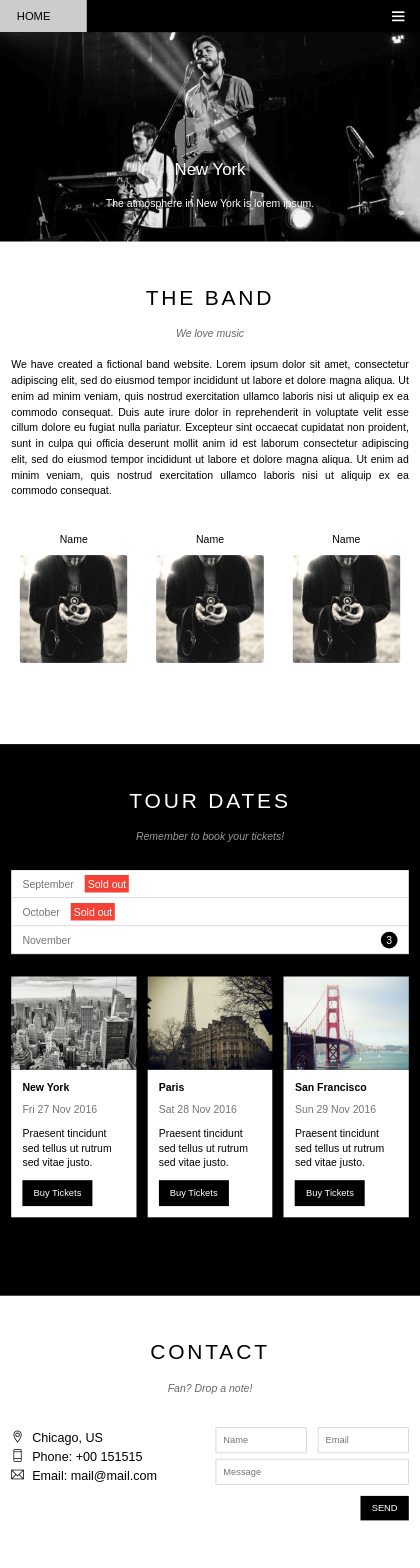
Repository: maivannhan1998/git-w3band
Page: index.html
These files come from the project's save history. The page is drawn as it stood at one moment and after the next save; the edit follows.
The browser window is 600 px wide. The pictures show the part of the page from y = 0 to 2240 px (the page is 2800 px tall), at 70% of full size.

Above is the page before, as saved 2021-09-10 21:20:28.

### index.html

<!DOCTYPE html>
<html lang="en">
<head>
    <meta charset="UTF-8">
    <meta http-equiv="X-UA-Compatible" content="IE=edge">
    <meta name="viewport" content="width=device-width, initial-scale=1.0">
    <title>Document</title>
    <link rel="stylesheet" href="./asset/css/style.css">
    <link rel="stylesheet" href="./asset/css/responsive.css">
    <link rel="stylesheet" href="./asset/fontss/themify-icons/themify-icons.css">
</head>
<body>
    <div id="main">
        <div id="header">
            <!-- Begin: nav -->
            <ul id="nav">
                <li><a href="#">Home</a></li>
                <li><a href="#tour">Tour</a></li>
                <li><a href="#band">Band</a></li>
                <li><a href="#contact">Contact</a></li>
                <li><a href="#">
                    More
                    <i class="nav-arrow-down ti-angle-down"></i>
                </a>
                    <ul class="subnav">
                        <li><a href="#">Merchandise</a></li>
                        <li><a href="#">Extras</a></li>
                        <li><a href="#">Media</a></li>
                    </ul>
                </li>
            </ul>
            <!-- End: nav -->

            <!-- Begin: Search button -->
            <div class="search-btn">
                <i class="search-icon ti-search"></i>
            </div>

            <div id="mobile-menu" class="mobile-menu-btn">
                <i class="menu-icon ti-menu"></i>
            </div>
            <!-- End: Search button -->


        </div>

        <div id="slider">
            <div class="text-content">
                <h2 class="text-heading">New York</h2>
                <div class="text-des">The atmosphere in New York is lorem ipsum.</div>
            </div>
        </div>

        <div id="content">
            <!-- About section -->
            <div id="band" class="content-section">
                <h2 class="heading-section">THE BAND</h2>
                <p class="heading-sub-section">We love music</p>
                <p class="about-text">We have created a fictional band website. Lorem ipsum dolor sit amet, consectetur adipiscing elit, sed do eiusmod tempor incididunt ut labore et dolore magna aliqua. Ut enim ad minim veniam, quis nostrud exercitation ullamco laboris nisi ut aliquip ex ea commodo consequat. Duis aute irure dolor in reprehenderit in voluptate velit esse cillum dolore eu fugiat nulla pariatur. Excepteur sint occaecat cupidatat non proident, sunt in culpa qui officia deserunt mollit anim id est laborum consectetur adipiscing elit, sed do eiusmod tempor incididunt ut labore et dolore magna aliqua. Ut enim ad minim veniam, quis nostrud exercitation ullamco laboris nisi ut aliquip ex ea commodo consequat.</p>
                <div class="row members-list">
                    <div class="col col-third text-center">
                         <p class="member-name">Name</p>
                         <img src="./asset/img/band/member1.jpg" alt="Name" class="member-img">
                    </div>
                    <div class="col col-third text-center">
                        <p class="member-name">Name</p>
                        <img src="./asset/img/band/member1.jpg" alt="Name" class="member-img">
                   </div>
                   <div class="col col-third text-center">
                        <p class="member-name">Name</p>
                        <img src="./asset/img/band/member1.jpg" alt="Name" class="member-img">
                    </div>


                </div>
            </div>

            <!--Tour section  -->
            <div id="tour" class="tour-section">

                <div class="content-section">
                    <h2 class="heading-section text-white">TOUR DATES</h2>
                    <p class="heading-sub-section text-white">Remember to book your tickets!</p>
                    <ul class="tickets-list">
                        <li>September<span class="sold-out">Sold out</span></li>
                        <li>October<span class="sold-out">Sold out</span></li>
                        <li>November<span class="quanity">3</span></li>
                    </ul>

                    <!-- Place section -->
                    <div class="row places-list">
                        <div class="col col-third ">
                            <img src="./asset/img/places/newyork.jpg" alt="New York" class="place-img">
                            <div class="place-content">
                                <h3 class="place-heading">New York</h3>
                                <p class="place-time">Fri 27 Nov 2016</p>
                                <p class="place-des">Praesent tincidunt sed tellus ut rutrum sed vitae justo.</p>
                                <button class="place-buy-btn js-buy-ticket">Buy Tickets</button>
                            </div>
                        </div>

                        <div class=" col col-third ">
                            <img src="./asset/img/places/paris.jpg" alt="Paris" class="place-img">
                            <div class="place-content">
                                <h3 class="place-heading">Paris</h3>
                                <p class="place-time">Sat 28 Nov 2016</p>
                                <p class="place-des">Praesent tincidunt sed tellus ut rutrum sed vitae justo.</p>
                                <button class="place-buy-btn js-buy-ticket">Buy Tickets</button>
                            </div>
                        </div>

                        <div class=" col col-third ">
                            <img src="./asset/img/places/sanfran.jpg" alt="San Francisco" class="place-img">
                            <div class="place-content">
                                <h3 class="place-heading">San Francisco</h3>
                                <p class="place-time">Sun 29 Nov 2016</p>
                                <p class="place-des">Praesent tincidunt sed tellus ut rutrum sed vitae justo.</p>
                                <button class="place-buy-btn js-buy-ticket">Buy Tickets</button>
                            </div>
                        </div>


                    </div>
                </div>


            </div>

            <!-- Contact section -->

            <div id="contact" class="content-section">
                <h2 class="heading-section">CONTACT</h2>
                <p class="heading-sub-section">Fan? Drop a note!</p>


                <div class="row contact-content">
                    <div class="col col-half contact-info">
                           <p><i class="ti-location-pin"></i>Chicago, US</p>
                           <p><i class="ti-mobile"></i>Phone: +00 151515</p>
                           <p><i class="ti-email"></i>Email: mail@mail.com</p>
                    </div>
                    <div class="col col-half contact-form">
                        <form action="">
                            <div class="row">
                                   <div class="col col-half">
                                       <input type="text" name="" placeholder="Name" required  id="contact-name" class="form-control">
                                   </div>
                                   <div class="col col-half">
                                       <input type="email" name="" placeholder="Email" required id="contact-email" class="form-control">
                                   </div>
                                   <!-- <div class="clear"></div> -->
                            </div>
                            <div class="row mt-8">
                               <div class="col col-full">
                                   <input type="text" name="" placeholder="Message" id="contact-message" required class="form-control">
                               </div>
                            </div>
                            <input class="form-submit-btn mt-16" type="submit" value="SEND">

                        </form>
                    </div>
                </div>
            </div>

            <!-- End contact section -->

            <div class="map-section">
                <img src="./asset/img/map.jpg" alt="Map">
            </div>



        </div>

        <div id="footer">
            <div class="social-list">
                <a href=""><i class="ti-facebook"></i></a>
                <a href=""><i class="ti-instagram"></i></a>
                <a href=""><i class="ti-github"></i></a>
                <a href=""><i class="ti-pinterest"></i></a>
                <a href=""><i class="ti-twitter"></i></a>
                <a href=""><i class="ti-linkedin"></i></a>
            </div>
            <p class="copyright">Powered by <a href="">w3.css</a></p>
        </div>
    </div>

    <div class="modal js-modal">
        <div class= "modal-container js-modal-container">
            <div class="modal-close js-modal-close">
                <i class="ti-close"></i>
            </div>
            <header class="modal-header">
                <i class="modal-tibag-icon ti-bag"></i>
                Tickets
            </header>

            <div class="modal-body">
                <label for="ticket-quanity" class="modal-label">
                    <i class="ti-shopping-cart"></i>
                    Tickets, $15 per person
                </label>
                <input id="ticket-quanity" type="text" class="modal-input" placeholder="How many?">

                <label for="ticket-email" class="modal-label">
                    <i class="ti-user"></i>
                    Send to
                </label>
                <input id="ticket-email" type="email" class="modal-input" placeholder="Enter mail...">

                <button id="buy-tickets">
                    Pay <i class="ti-check"></i>
                </button>


            </div>

            <footer class="modal-footer">
                <p class="modal-help">Need <a href="">help?</a></p>
            </footer>
        </div>
    </div>

 <script>
        const buyBtns = document.querySelectorAll('.js-buy-ticket')
        const modal = document.querySelector('.js-modal')
        const modalContainer = document.querySelector('.js-modal-container')
        const modalClose = document.querySelector('.js-modal-close')

        function showBuyTickets() {
            modal.classList.add('open')
        }
        function hiddenBuyTickets() {
            modal.classList.remove('open')
        }

        for ( const buyBtn of buyBtns) {
            buyBtn.addEventListener('click', showBuyTickets )
        }

        modalClose.addEventListener('click', hiddenBuyTickets)

        modal.addEventListener('click', hiddenBuyTickets)

        modalContainer.addEventListener('click', function(event){
            event.stopPropagation()
        })

    </script>

    <script>
        var header = document.getElementById('header');
        var mobileMenu = document.getElementById('mobile-menu');
        var headerHeight = header.clientHeight;

        // Đóng/mở mobile menu
        mobileMenu.onclick = function () {
           var isClose = header.clientHeight === headerHeight;
           if (isClose) {
               header.style.height = 'auto';
           } else {
               header.style.height = null;
           }
        }
        //tự động đóng khi chọn menu
        var menuItems = document.querySelectorAll('#nav li a[href*="#"]')
        for(var i = 0; i < menuItems.length; i++) {
            var menuItem = menuItems[i];
           menuItem.onclick = function() {
            header.style.height = null;
           }
        }
    </script>

</body>
</html>

### asset/css/style.css
/* Reset CSS*/
*{
    padding: 0;
    margin: 0;
    box-sizing: border-box;
}

/* common */

.row {
    margin-left: -8px;
    margin-right: -8px;
}

.row::after {
    content: "";
    display: block;
    clear: both;
}

.col {
    float: left;
    padding-left: 8px;
    padding-right: 8px;
}

.col-third {
    width: 33.33333%;
}

.col-half {
    width: 50%;
}

.col-full {
    width: 100%;
}

.text-center {
    text-align: center !important;
}

.clear {
    clear: both;
}

.text-white {
    color: #fff !important;
}

.mt-8 {
    margin-top: 8px;
}

.mt-16 {
    margin-top: 16px;
}

html{
    font-family: Arial, Helvetica, sans-serif;
    scroll-behavior: smooth;

}

#main{

}

#header{
    position: fixed;
    top: 0;
    left: 0;
    right: 0;
    height: 46px;
    background-color: #000;
    z-index: 1;

}

#nav {
    display: inline-block ;
}

#nav, .subnav {
    list-style-type: none;
}

#nav > li {
    display: inline-block;
}

#nav li{
    position: relative;

}

#nav > li > a {
    color: #fff;
    text-transform: uppercase;
}

#nav li a {
    padding: 0 24px;
    line-height: 46px;
    display: block;
    text-decoration: none;
}
#nav .subnav li:hover a,
#nav > li:hover > a {
    color: #000;
    background-color: #ccc;
}

#nav .subnav {
    display: none;
    position: absolute;
    top: 100%;
    left: 0;
    min-width: 160px;
    background-color: #fff;
    box-shadow: 0 0 10px rgba(0, 0, 0, 0.3);
}

#nav .subnav a {
    color: #000;
    background-color: #fff;
    padding: 0 12px;
    line-height: 38px;

}

#nav li:hover .subnav {
    display: block;
}

.nav-arrow-down {
    font-size: 14px;
}
#header .mobile-menu-btn,
#header .search-btn {
    float: right;
    padding: 0px 21px;

}

#header .mobile-menu-btn:hover {
    background-color: #ccc;
}

#header .mobile-menu-btn:hover .menu-icon {
    color: #000;
}

#header .search-btn:hover  {
    cursor: pointer;
    background-color: #f44336;
}
#header .menu-icon,
#header .search-icon {
    color: #fff;
    font-size: 20px;
    line-height: 46px;
}

#slider{
   margin-top: 45px;
   /* chỉ số % chiều ngang của chính nó (chiều cao lun bằng 1/2 chiều ngang) */
   position: relative;
   padding-top: 50%;
   background: url('../img/slider/slider1.jpg') top center / cover no-repeat;
}

#slider .text-content {
    position: absolute;
    bottom: 47px;
    color: #fff;
    width: 100%;
    /* left: 50%;
   transform: translateX(-50%); */
   text-align: center;

}

#slider .text-heading {
    font-weight: 500;
    font-size: 24px;
}

#slider .text-des {
    font-size: 15px;
    margin-top: 25px;
}

#content{

}

#content .content-section {
    width: 800px;
    padding: 64px 0 112px;
    margin-left: auto;
    margin-right: auto;
    /*responsive */
    max-width: 100%;
    padding-left: 16px;
    padding-right: 16px;

}

#content .heading-section {
    text-align: center;
    font-size: 30px;
    font-weight: 500;
    letter-spacing: 4px;
}

#content .heading-sub-section {
    text-align: center;
    font-size: 15px;
    margin-top: 25px;
    font-style: italic;
    opacity: 0.6;
}

#content .about-text {
    margin-top: 25px;
    text-align: justify;
    font-size: 15px;
    line-height: 1.5;
}

#content .members-list {
    margin-top: 48px;
}



#content .member-name {
    font-size: 15px;
}

#content .member-img {
    width: 154px;
    margin-top: 15px ;
    border-radius: 4px;

}

/* tour section */

.tour-section {
    background-color: #000;
}

.tickets-list {
    margin-top: 40px;
    list-style-type: none;
    background-color: #fff;

}

.tickets-list li {
    color: #757575;
    font-size: 15px;
    padding: 11px 16px;
    border-bottom: 1px solid #ccc;
}

.tickets-list .sold-out {
    color: #fff;
    background-color: #f44336;
    padding: 4px 4px;
    margin-left: 16px;
}

.tickets-list .quanity {
    float: right;
    color: #fff;
    background-color: #000;
    width: 24px;
    height: 24px;
    border-radius: 50%;
    text-align: center;
    margin-top: -3px;
    line-height: 24px;
}

.places-list {
    margin-top: 32px;

}

.place-img{
    width: 100%;
    display: block;
}

.place-img:hover {
    opacity: 0.6;
}

.place-content{
background-color: #fff;
padding: 16px;
font-size: 15px;
}

.place-heading{
    font-size: 15px;
}

.place-time{
    margin-top: 15px;
    color: #757575;
}

.place-des{
    margin: 15px 0;
    line-height: 1.4;
}

.place-buy-btn{
    color: #fff;
    background-color: #000;
    text-decoration: none;
    padding: 11px 16px;
    display: inline-block;
    border: none;
}

.place-buy-btn:hover {
    color: #000;
    background-color: #ccc;
}

/* contact form */

.contact-content {
    margin-top: 48px;
}

.contact-info {
    font-size: 18px;
}

.contact-info i[class*="ti-"]{
    width: 30px;
    display: inline-block;
    line-height: 1.5;
}

.contact-form {
    font-size: 15px;
}

.contact-form .form-control {
    padding: 10px;
    border: 1px solid #ccc;
    width: 100%;
}

.form-submit-btn {
    padding: 10px 16px;
    float: right;
    color: #fff;
    background: #000;
    border: none;
}

.form-submit-btn:hover {
    color: #000;
    background-color: #ccc;
}

.map-section img {
    width: 100%;
}

/* Footer section */

#footer{
    padding: 64px 16px;
    text-align: center;
}

#footer .social-list {
    font-size: 24px;
}

#footer .social-list a {
    color: rgba(0, 0, 0, 0.6);
    text-decoration: none;
}
#footer .copyright a:hover,
#footer .social-list a:hover {
    color: rgba(0, 0, 0, 0.4);
}
#footer .copyright a {
    margin-top: 15px;
    color: rgba(0, 0, 0, 0.6);
}

.modal {
    position: fixed;
    top: 0;
    left: 0;
    right: 0;
    bottom: 0;
    background-color: rgba(0, 0, 0, 0.4);
    align-items: center;
    justify-content: center;
    display: none;
}

.modal.open {
    display: flex;
}

.modal-container {
    background: #fff;
    width: 900px;
    max-width: calc(100% - 32px);
    min-height: 200px;
    position: relative;
    animation: mymove ease 0.5s;
}

.modal-header {
    display: flex;
    align-items: center;
    justify-content: center;
    font-size: 30px;
    color: #fff;
    background-color: #009688;
    min-height: 130px;
    letter-spacing: 4px;
}

.modal-tibag-icon {
    margin-right: 16px;
}

.modal-close {
    position: absolute;
    right: 0;
    top: 0;
    padding: 17px 15px;
    color: #fff;
    cursor: pointer;

}

.modal-close:hover {
    color: #000;
    background-color: #ccc;
}

.modal-body {
    padding: 16px;
}

.modal-label {
    display: block;
    font-size: 15px;
    margin-bottom: 12px;
}

.modal-input {
    border: 1px solid #ccc;
    padding: 11px;
    width: 100%;
    font-size: 15px;
    margin-bottom: 24px;
}

#buy-tickets {
    width: 100%;
    color: #fff;
    background-color: #009688;
    border: none;
    padding: 19px;
    text-transform: uppercase;
    font-size: 15px;
    cursor: pointer;
}

#buy-tickets:hover {
    color: #000;
    background-color: #ccc;
}

.modal-footer {
    padding: 16px;
    float: right;
    font-size: 15px;
}

.modal-footer a {
    color: #2196f3;
    cursor: pointer;
}

@keyframes mymove {
    from{
        transform: translateY(-140px);
        opacity: 0;
    }

    to{
        transform: translateY(0);
        opacity: 1;
    }


}

### asset/css/responsive.css
/* PC */
@media (min-width: 1024px) {

}

/* Tablet */
@media (min-width: 740px) and (max-width: 1023px) {

}

/* Mobile */
@media (max-width: 739px) {

   #header {
       overflow: hidden;
   }

    #nav li {
        display: block;
    }


    #header .search-btn {
        display: none;
    }
}

Loaded but not shown: asset/fontss/themify-icons/themify-icons.css (common file)

After the next save:
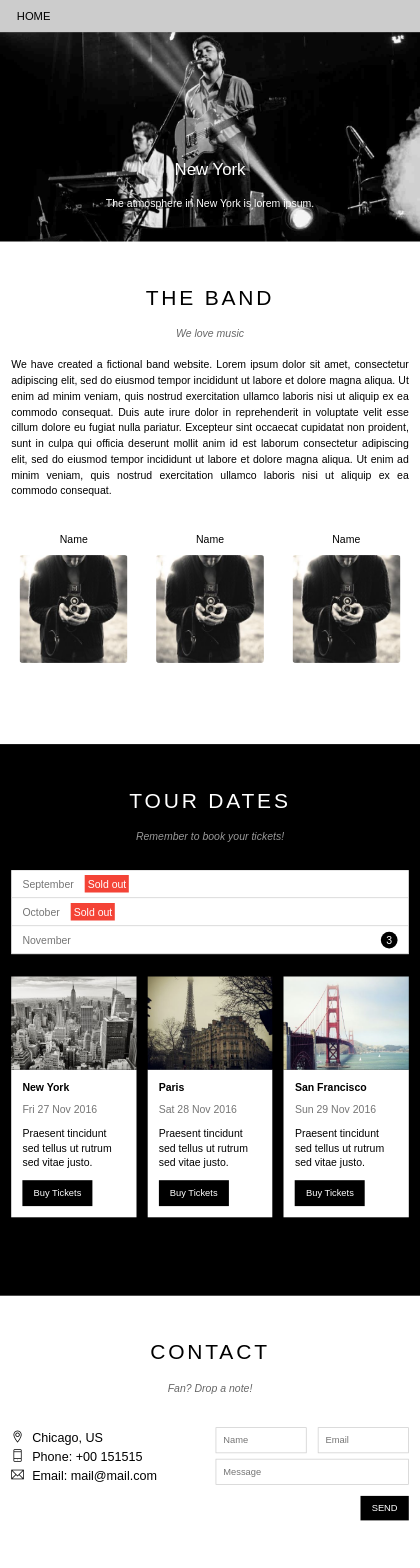
Saved 27 s later.
--- a/asset/css/responsive.css
+++ b/asset/css/responsive.css
@@ -15,6 +15,10 @@
        overflow: hidden;
    }
 
+    #nav {
+        display: block;
+    }
+
     #nav li {
         display: block;
     }

After the save that followed:
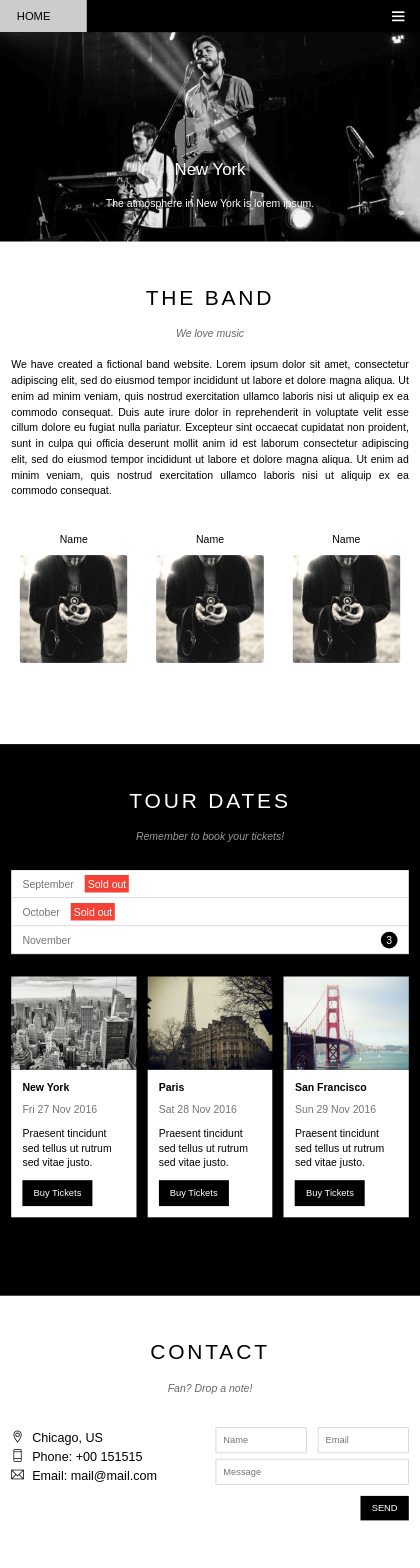
Saved 49 s later.
--- a/asset/css/responsive.css
+++ b/asset/css/responsive.css
@@ -16,7 +16,7 @@
    }
 
     #nav {
-        display: block;
+
     }
 
     #nav li {
